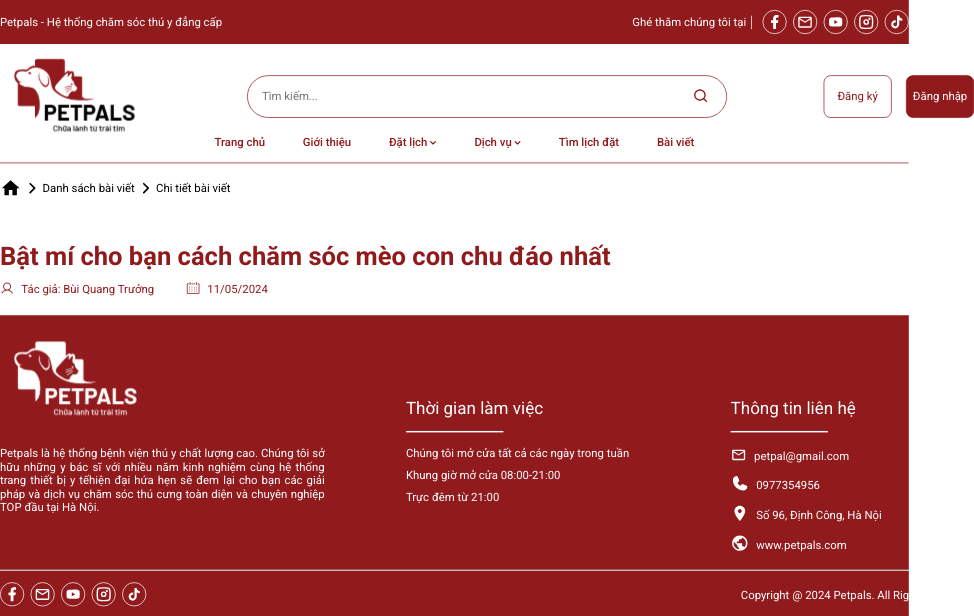
Repository: ahntrung1909/Petpals
Page: /danh-sach-bai-viet/chi-tiet-bai-viet (app in petpals-user-main/)
An editor plug-in stored every save of this project. The page is shown before and after the next save, followed by the edit.
The browser window is 1280 px wide. The page is 1372 px wide, so the pictures cover 1372 px, including what lies to the right of the window. The pictures show the whole page, at 71% of full size.
The project was rebuilt for these pictures with package versions that can differ from the ones it lists, and the page was loaded fresh each time. The framework's server and built-in components were replaced by stand-ins that run in the browser. Also part of the build but not shown: petpals-user-main/next.config.js, petpals-user-main/next.config.mjs.

Above is the page before, as saved 2024-04-14 17:41:16.

### petpals-user-main/src/app/layout.js
import { Footer } from "@/components/Footer/Footer";
import "./global.scss";
import { Header } from "@/components/Header/Header";
import { ToastContainer } from "react-toastify";
import "react-toastify/dist/ReactToastify.css";
import { Button, ConfigProvider, Space } from "antd";

export const metadata = {
  title: "Petpals - Chữa lành từ trái tim",
  description: "Petpals",
};

export default function RootLayout({ children }) {
  return (
    <html lang="en">
      <body>
        <Header />
        <ToastContainer />
        <ConfigProvider
          theme={{
            token: {
              colorPrimary: "#911A1D",
              fontFamily: "Roboto",
            },
            components: {
              DatePicker: {
                inputFontSize: 16,
              },
              Menu: {
                itemBg: "transparent",
                subMenuItemBg: "transparent",
                activeBarBorderWidth: 0,
                itemSelectedBg: "rgba(145, 26, 29, 0.05)",
                itemBorderRadius: 0,
              },
            },
          }}
        >
          {children}
        </ConfigProvider>
        <Footer />
      </body>
    </html>
  );
}

### petpals-user-main/src/app/danh-sach-bai-viet/chi-tiet-bai-viet/page.js
import React from "react";
import "./style.scss";

export default function page() {
  return (
    <main>
      <div className="breadcrumb">
        <img src="/icon/ic_baseline-home.svg" alt="" />
        <img src="/icon/iconamoon_arrow-right-2.svg" alt="" />
        <p>Danh sách bài viết</p>
        <img src="/icon/iconamoon_arrow-right-2.svg" alt="" />
        <p>Chi tiết bài viết</p>
      </div>
      <div className="article-section">
        <div className="article-section-left">
          <h1 className="article-title">
            Bật mí cho bạn cách chăm sóc mèo con chu đáo nhất
          </h1>
          <div className="article-author-time">
            <div className="article-item">
              <img src="/icon/ph_user.svg" alt="" />
              <p>Tác giả: Bùi Quang Trưởng</p>
            </div>
            <div className="article-item">
              <img src="/icon/clarity_date-line.svg" alt="" />
              <p>11/05/2024</p>
            </div>
          </div>
        </div>
      </div>
    </main>
  );
}

### petpals-user-main/src/components/Footer/Footer.js
import { Socialicon } from "../Socialicon/Socialicon";
import "./style.scss";
export const Footer = () => {
  return (
    <footer>
      <div className="row row-1">
        <div className="logo">
          <img src="/img/logo_am_ban.svg" alt="" />
        </div>
        <div className="working-time">Thời gian làm việc</div>
        <div className=" contact-info">Thông tin liên hệ</div>
      </div>
      <div className="row">
        <div className="about">
          Petpals là hệ thống bệnh viện thú y chất lượng cao. Chúng tôi sở hữu
          những y bác sĩ với nhiều năm kinh nghiệm cùng hệ thống trang thiết bị
          y tếhiện đại hứa hẹn sẽ đem lại cho bạn các giải pháp và dịch vụ chăm
          sóc thú cưng toàn diện và chuyên nghiệp TOP đầu tại Hà Nội.
        </div>
        <ul className="working-time-more">
          <li>Chúng tôi mở cửa tất cả các ngày trong tuần</li>
          <li>Khung giờ mở cửa 08:00-21:00</li>
          <li>Trực đêm từ 21:00</li>
        </ul>
        <ul className="contact-info-more">
          <li className="contact-item">
            <span>
              <img src="/icon/material-symbols_mail-outline.svg" alt="" />
            </span>
            petpal@gmail.com
          </li>
          <li className="contact-item">
            <span>
              <img src="/icon/ph_phone-fill.svg" alt="" />
            </span>
            0977354956
          </li>
          <li className="contact-item">
            <span>
              <img src="/icon/mdi_location.svg" alt="" />
            </span>
            Số 96, Định Công, Hà Nội
          </li>
          <li className="contact-item">
            <span>
              <img src="/icon/mdi_earth.svg" alt="" />
            </span>
            www.petpals.com
          </li>
        </ul>
      </div>
      <hr />
      <div className="footer-bottom">
        <Socialicon />
        <div>Copyright @ 2024 Petpals. All Rights Reverved</div>
      </div>
    </footer>
  );
};

### petpals-user-main/src/app/global.scss
@import url("https://fonts.googleapis.com/css2?family=Roboto:ital,wght@0,100;0,300;0,400;0,500;0,700;0,900;1,100;1,300;1,400;1,500;1,700;1,900&display=swap");
@import "../style/variable";
* {
  padding: 0;
  margin: 0;
  box-sizing: border-box;
}
body {
  font-family: "Roboto", sans-serif;
  font-size: 16px;
}
a {
  text-decoration: none;
  color: black;
}
ul,
li {
  list-style: none;
}
input,
textarea {
  width: 100%;
  border: none;
  outline: none;
  font-family: "Roboto", sans-serif;
  font-size: 16px;
}
img {
  width: 100%;
}
button {
  font-family: "Roboto", sans-serif;
  font-size: 16px;
}
label {
  font-family: "Roboto", sans-serif;
  font-size: 16px;
}

// custom scroll bar
::-webkit-scrollbar-track {
  background-color: #f5f5f5;
}

::-webkit-scrollbar {
  width: 6px;
  height: 6px;
  background-color: #f5f5f5;
}

::-webkit-scrollbar-thumb {
  background-image: linear-gradient($BROWN_500, $RED_500);
  // border-radius: 10px;
}
::-webkit-scrollbar-thumb:horizontal {
  background-image: linear-gradient(to right, $BROWN_500, $RED_500);
  // border-radius: 10px;
}

### petpals-user-main/src/app/danh-sach-bai-viet/chi-tiet-bai-viet/style.scss
@import "../../../style/variable";
@import "../../../style/base";

.article-section {
  width: 1372px;
  margin: 0 auto;
  margin-top: 60px;
  display: flex;
  gap: 20px;
}
.article-section-left {
  width: 1025px;
  h1 {
    font-size: 36px;
    color: $BROWN_500;
    margin-bottom: 14px;
  }
  .article-author-time {
    display: flex;
    align-items: center;
    gap: 45px;
    margin-bottom: 28px;
    .article-item {
      display: flex;
      align-items: center;
      gap: 10px;
      img {
        width: 20px;
        height: 20px;
      }
      p {
        color: $BROWN_500;
      }
    }
  }
}

### petpals-user-main/src/components/Socialicon/Socialicon.js
import "./style.scss";
export const Socialicon = () => {
  return (
    <div className="list-social-icon">
      <div className="icon-item">
        <img src="/icon/ri_facebook-fill.svg" alt="icon-facebook" />
      </div>
      <div className="icon-item">
        <img src="/icon/material-symbols_mail-outline.svg" alt="icon-mail" />
      </div>
      <div className="icon-item">
        <img src="/icon/mdi_youtube.svg" alt="icon-youtube" />
      </div>
      <div className="icon-item">
        <img src="/icon/lets-icons_insta.svg" alt="icon-insta" />
      </div>
      <div className="icon-item">
        <img src="/icon/ic_baseline-tiktok.svg" alt="icon-tiktok" />
      </div>
    </div>
  );
};

### petpals-user-main/src/components/Footer/style.scss
@import "../../style/variable";
footer {
  display: block;
  width: 100vw;
  height: 424px;
  background-color: $BROWN_500;
  padding: 20px 0;
}
.row {
  width: 1372px;
  margin: 0 auto;
  display: grid;
  grid-template-columns: repeat(12, 1fr);
  row-gap: 20px;
  color: white;
  margin-bottom: 20px;
}
.row-1 {
  align-items: flex-end;
}
.logo {
  width: 214px;
  grid-column: 1/5;
}
.working-time {
  grid-column: 6/10;
  position: relative;
  font-size: 24px;
  padding-bottom: 20px;
  &::after {
    content: "";
    width: 137px;
    height: 2px;
    background-color: white;
    position: absolute;
    left: 0;
    bottom: 0;
  }
}
.contact-info {
  position: relative;
  grid-column: 10/13;
  font-size: 24px;
  padding-bottom: 20px;
  &::after {
    content: "";
    width: 137px;
    height: 2px;
    background-color: white;
    position: absolute;
    left: 0;
    bottom: 0;
  }
}
.about {
  grid-column: 1/5;
  text-align: justify;
}
.working-time-more {
  grid-column: 6/10;
  display: flex;
  flex-direction: column;
  gap: 12px;
}
.contact-info-more {
  grid-column: 10/13;
  display: flex;
  flex-direction: column;
  gap: 12px;
}
.contact-item {
  display: flex;
  gap: 10px;
  align-items: center;
}
.footer-bottom {
  width: 1372px;
  margin: 0 auto;
  margin-top: 16px;
  color: white;
  display: flex;
  align-items: center;
  justify-content: space-between;
}

### petpals-user-main/src/style/_variable.scss
$BROWN_50: rgb(244, 232, 232);
$BROWN_100: rgb(221, 184, 185);
$BROWN_200: rgb(204, 150, 151);
$BROWN_300: rgb(181, 102, 104);
$BROWN_400: rgb(167, 72, 74);
$BROWN_500: rgb(145, 26, 29);
$BROWN_600: rgb(132, 24, 26);
$BROWN_700: rgb(103, 18, 21);
$BROWN_800: rgb(80, 14, 16);
$BROWN_900: rgb(61, 11, 12);
$RED_50: rgb(255, 247, 247);
$RED_100: rgb(255, 230, 231);
$RED_200: rgb(255, 217, 219);
$RED_300: rgb(255, 200, 202);
$RED_400: rgb(255, 189, 192);
$RED_500: rgb(255, 173, 176);
$RED_600: rgb(232, 157, 160);
$RED_700: rgb(181, 123, 125);
$RED_800: rgb(140, 95, 97);
$RED_900: rgb(107, 73, 74);
$BROWN_DARK_50: rgb(236, 233, 233);
$BROWN_DARK_100: rgb(195, 186, 186);
$BROWN_DARK_200: rgb(165, 152, 152);
$BROWN_DARK_300: rgb(124, 105, 106);
$BROWN_DARK_400: rgb(99, 76, 77);
$BROWN_DARK_500: rgb(60, 31, 32);
$BROWN_DARK_600: rgb(55, 28, 29);
$BROWN_DARK_700: rgb(43, 22, 23);
$BROWN_DARK_800: rgb(33, 17, 18);
$BROWN_DARK_900: rgba(25, 13, 13, 0.2);

### petpals-user-main/src/components/Header/style.scss
@import "../../style/_variable";

header {
  height: 230px;
  border-bottom: 1px solid $BROWN_500;
}
div:has(.wrap):nth-child(1) {
  background-color: $BROWN_500;
  height: 62px;
  display: flex;
  align-items: center;
}
.wrap {
  width: 1372px;
  margin: 0 auto;
}
.top-header {
  display: flex;
  justify-content: space-between;
  align-items: center;
  color: white;
}
.social-connect {
  display: flex;
  align-items: center;
  gap: 15px;
}
.social-connect > p {
  padding: 0px 7px;
  border-right: 1px solid white;
}
div:has(.wrap):nth-child(2) {
  padding-top: 18px;
}
.main-header {
  display: flex;
  align-items: center;
  justify-content: space-between;
}
.petpals-logo {
  display: block;
  width: 211px;
  height: 111px;
}
.header-main-right {
  display: flex;
  width: 1024px;
  justify-content: space-between;
  align-items: center;
}
.search-input {
  display: flex;
  position: relative;

  input {
    width: 676px;
    height: 60px;
    padding: 0px 60px 0px 20px;
    border: 1px solid $BROWN_500;
    border-radius: 99px;
    display: flex;
    justify-content: center;
    align-items: center;
  }
  .icon-item {
    right: 20px;
    top: 50%;
    transform: translateY(-50%);
    position: absolute;
    cursor: pointer;
  }
}
.btn-group {
  display: flex;
  gap: 20px;
  text-align: center;
  .btn {
    display: flex;
    justify-content: center;
    align-items: center;
    width: 96px;
    height: 60px;
    border: 1px solid $BROWN_500;
    border-radius: 10px;
    color: $BROWN_500;
  }
  .btn:nth-child(1):hover {
    background-color: $BROWN_500;
    color: white;
  }
  .btn:nth-child(2) {
    color: white;
    background-color: $BROWN_500;
    &:hover {
      background-color: $BROWN_300;
    }
  }
}
.nav {
  display: flex;
  align-items: center;
  justify-content: space-between;
  width: 676px;
  margin: 0 auto;
  color: $BROWN_500;
  font-weight: 500;
  z-index: 99;

  &-item {
    display: flex;
    position: relative;
    align-items: center;
    cursor: pointer;
    padding-bottom: 8px;
    &.active > span,
    &.active > a {
      font-weight: 900;
    }
    &:hover .sub-nav:not(.nav-2) {
      display: flex;
    }
    span {
      display: flex;
      justify-content: center;
      align-items: center;
      color: $BROWN_500;
    }
    a {
      display: flex;
      justify-content: center;
      align-items: center;
      color: $BROWN_500;
      width: 100%;
      height: 100%;
    }
    &:hover > a {
      color: $RED_500;
    }
    &:hover > span {
      color: $RED_500;
    }
  }
}
.sub-nav {
  position: absolute;
  z-index: 99;
  top: 100%;
  left: 0;
  border-radius: 10px;
  box-shadow: 0 15px 15px 15px rgba(0, 0, 0, 0.05);
  box-shadow: 0 15px 15px rgba(0, 0, 0, 0.1);
  border: 0.5px solid rgba(0, 0, 0, 0.15);
  background-color: white;
  padding: 8px;
  display: none;
  flex-direction: column;
  gap: 8px;
  &.nav-2 {
    position: absolute;
    top: 0;
    left: 100%;
    transform: translate(8px, -8px);
    display: none;
  }
  &-item {
    position: relative;
    display: flex;
    align-items: center;
    justify-content: space-between;
    &::after {
      content: "";
      width: 8px;
      height: 100%;
      position: absolute;
      top: 0;
      right: -8px;
    }
    &:hover {
      background-color: rgba(0, 0, 0, 0.05);
    }
    &:hover .sub-nav.nav-2 {
      display: flex;
    }
    a {
      width: 100%;
      height: 100%;
      display: flex;
      justify-content: left;
      padding: 12px 16px;
    }
    span {
      padding: 12px 16px;
    }
    &-active > span,
    &-active > a {
      font-weight: 600;
    }
  }
}
.user-login-controller {
  display: flex;
  align-items: center;
  gap: 8px;
  cursor: pointer;
  position: relative;

  &:hover .sub-nav {
    display: flex;
    left: inherit;
    right: 0;
  }
  .user-img {
    width: 56px;
    height: 56px;
    img {
      border-radius: 50%;
    }
  }
}
.icon-bell {
  width: 30px;
  height: 30px;
  position: relative;
  .number-bell {
    position: absolute;
    top: 0;
    right: 0;
    transform: translate(36%, -30%);
    width: 20px;
    height: 20px;
    font-size: 12px;
    font-weight: 500;
    color: white;
    display: flex;
    justify-content: center;
    align-items: center;
    background-color: $RED_500;
    border-radius: 50%;
  }
  .menu-bell {
    display: none;
    position: absolute;
    right: 0;
    bottom: -20px;
    transform: translateY(100%);
    background-color: white;
    width: 554px;
    height: 468px;
    padding: 20px;
    border-radius: 10px;
    z-index: 99;
    box-shadow: 0 0 8px 4px rgba(0, 0, 0, 0.2);
    &.menu-bell-active {
      display: block;
    }
    ::after {
      content: "";
      width: 20px;
      height: 20px;
      background-color: white;
      position: absolute;
      right: 14px;
      top: 0;
      transform: translate(0, -50%);
      rotate: 45deg;
    }
    h3 {
      text-transform: uppercase;
      color: $BROWN_500;
      font-size: 22px;
      margin-bottom: 10px;
    }
    .menu-item {
      display: flex;
      flex-direction: column;
      gap: 10px;
      padding: 8px 0;
      border-bottom: 1px solid rgba(0, 0, 0, 0.25);
      &:hover {
        background-color: $BROWN_50;
      }
      .content {
        font-size: 20px;
      }
      .time {
        font-size: 12px;
      }
      span {
        text-align: left;
        padding: 0 8px;
      }
    }
    .container {
      height: 400px;
      overflow: scroll;
    }
  }
  .overlay {
    display: none;
    position: fixed;
    width: 100vw;
    height: 100vh;
    inset: 0;
    z-index: 20;
    background-color: rgba(0, 0, 0, 0.25);
    cursor: pointer;
    &.overlay-active {
      display: block;
    }
  }
}

### petpals-user-main/src/style/_base.scss
.section-heading {
  width: fit-content;
  margin: 60px auto;
  color: $BROWN_500;
  position: relative;
  font-size: 24px;
  font-weight: 800;
  text-transform: uppercase;
  &::after {
    content: "";
    width: 80%;
    height: 3px;
    position: absolute;
    bottom: -16px;
    left: 50%;
    transform: translateX(-50%);
    background-color: $BROWN_500;
  }
}
.breadcrumb {
  width: 1372px;
  margin: 0 auto;
  display: flex;
  align-items: center;
  padding-top: 20px;
  img {
    width: 30px;
    height: 30px;
  }
}

### petpals-user-main/src/components/Socialicon/style.scss
.list-social-icon {
  display: flex;
  gap: 9px;
}
.icon-item {
  width: 34px;
  height: 34px;
  border: 1px solid white;
  padding: 4px;
  border-radius: 99px;
  display: flex;
  justify-content: center;
  align-items: center;
}

Loaded but not shown: petpals-user-main/src/components/Header/Header.js (334 lines, source omitted)

After the next save:
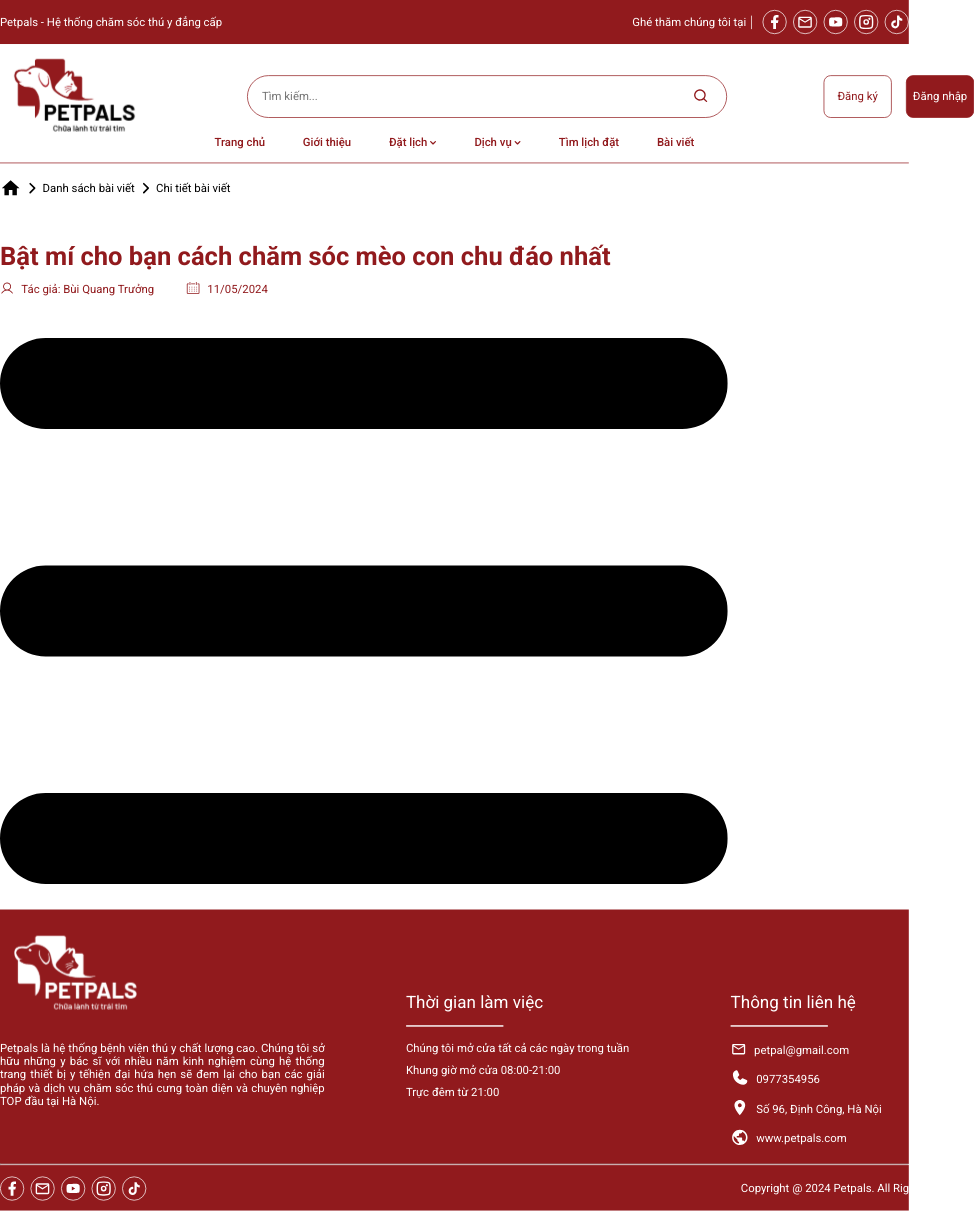
Saved 3 min 11 s later.
--- a/petpals-user-main/src/app/danh-sach-bai-viet/chi-tiet-bai-viet/page.js
+++ b/petpals-user-main/src/app/danh-sach-bai-viet/chi-tiet-bai-viet/page.js
@@ -26,6 +26,11 @@ export default function page() {
               <p>11/05/2024</p>
             </div>
           </div>
+          <div className="menu">
+            <div>
+              <img src="/icon/hamberger.svg" alt="" />
+            </div>
+          </div>
         </div>
       </div>
     </main>
